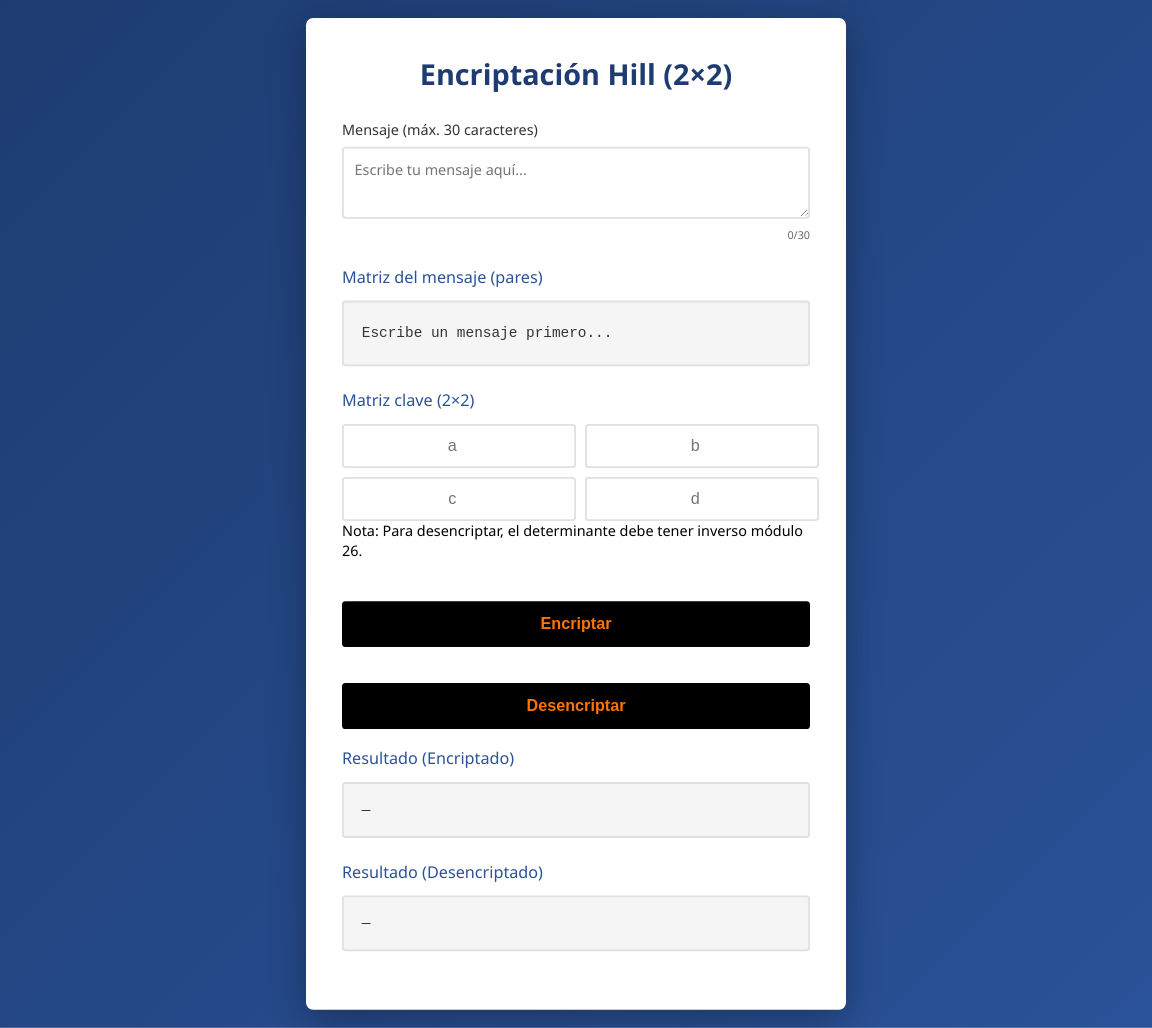
Repository: LeoTSW13/Clase-ejemplo-Algebra
Page: index.html
These files come from the project's save history. The page is drawn as it stood at one moment and after the next save; the edit follows.
The browser window is 1280 px wide. The pictures show the whole page, at 90% of full size.

Above is the page before, as saved 2025-11-26 10:54:09.
Console error: TypeError: Cannot read properties of null (reading 'addEventListener')

### index.html
<!DOCTYPE html>
<html lang="es">
<head>
    <meta charset="UTF-8" />
    <meta name="viewport" content="width=device-width, initial-scale=1.0"/>
    <title>Encriptación Hill</title>
    <link rel="stylesheet" href="styles.css">
</head>
<body>
    <div class="container">
        <h1>Encriptación Hill (2×2)</h1>

        <!-- MENSAJE -->
        <div class="section">
            <label for="mensaje">Mensaje (máx. 30 caracteres)</label>
            <textarea id="mensaje" maxlength="30" placeholder="Escribe tu mensaje aquí..."></textarea>
            <div class="char-count">0/30</div>
        </div>

        <!-- MATRIZ DEL MENSAJE -->
        <div class="section">
            <h3>Matriz del mensaje (pares)</h3>
            <div id="matrizMensaje" class="matriz-display">—</div>
        </div>

        <!-- MATRIZ CLAVE -->
        <div class="section">
            <h3>Matriz clave (2×2)</h3>
            <div class="matriz-input">
                <input type="number" id="k11" placeholder="a">
                <input type="number" id="k12" placeholder="b">
                <input type="number" id="k21" placeholder="c">
                <input type="number" id="k22" placeholder="d">
            </div>
            <div class="hint">
                Nota: Para desencriptar, el determinante debe tener inverso módulo 26.
            </div>
        </div>

        <!-- BOTONES -->
        <button id="encriptar">Encriptar</button>
        <button id="desencriptar" class="secondary">Desencriptar</button>

        <!-- RESULTADO CIFRADO -->
        <div class="section">
            <h3>Resultado (Encriptado)</h3>
            <div id="resultado" class="resultado-box">—</div>
        </div>

        <!-- RESULTADO DESCIFRADO -->
        <div class="section">
            <h3>Resultado (Desencriptado)</h3>
            <div id="resultadoDes" class="resultado-box">—</div>
        </div>

    </div>

    <script src="script.js"></script>
</body>
</html>

### styles.css
* {
    margin: 0;
    padding: 0;
    box-sizing: border-box;
}

body {
    font-family: 'Segoe UI', Tahoma, Geneva, Verdana, sans-serif;
    background: linear-gradient(135deg, #1e3c72 0%, #2a5298 100%);
    min-height: 100vh;
    display: flex;
    justify-content: center;
    align-items: center;
    padding: 20px;
}

.container {
    background: white;
    max-width: 600px;
    width: 100%;
    padding: 40px;
    border-radius: 8px;
    box-shadow: 0 10px 40px rgba(0, 0, 0, 0.3);
}

h1 {
    color: #1e3c72;
    text-align: center;
    margin-bottom: 30px;
    font-size: 32px;
    font-weight: 600;
}

h3 {
    color: #2a5298;
    margin-bottom: 15px;
    font-size: 18px;
    font-weight: 500;
}

.section {
    margin-bottom: 25px;
}

label {
    display: block;
    color: #333;
    margin-bottom: 8px;
    font-weight: 500;
}

textarea {
    width: 100%;
    padding: 12px;
    border: 2px solid #e0e0e0;
    border-radius: 4px;
    font-size: 16px;
    resize: vertical;
    min-height: 80px;
    font-family: inherit;
    transition: border-color 0.3s;
}

textarea:focus {
    outline: none;
    border-color: #2a5298;
}

.char-count {
    text-align: right;
    color: #666;
    font-size: 12px;
    margin-top: 5px;
}

.matriz-display {
    background: #f5f5f5;
    padding: 20px;
    border-radius: 4px;
    border: 2px solid #e0e0e0;
    min-height: 60px;
    font-family: 'Courier New', monospace;
    color: #333;
    line-height: 1.8;
}

.matriz-input {
    display: grid;
    grid-template-columns: 1fr 1fr;
    gap: 10px;
    max-width: 200px;
}

.matriz-input input {
    padding: 12px;
    border: 2px solid #e0e0e0;
    border-radius: 4px;
    font-size: 18px;
    text-align: center;
    transition: border-color 0.3s;
}

.matriz-input input:focus {
    outline: none;
    border-color: #2a5298;
}

button {
    width: 100%;
    padding: 15px;
    background: #000000;
    color: rgb(255, 115, 0);
    border: none;
    border-radius: 4px;
    font-size: 18px;
    font-weight: 600;
    cursor: pointer;
    transition: background 0.3s;
    margin: 20px 0;
}

button:hover {
    background: #1e3c72;
}

button:active {
    transform: scale(0.98);
}

.resultado-box {
    background: #f5f5f5;
    padding: 20px;
    border-radius: 4px;
    border: 2px solid #e0e0e0;
    min-height: 60px;
    font-family: 'Courier New', monospace;
    color: #333;
    word-wrap: break-word;
}

.error {
    color: #d32f2f;
    background: #ffebee;
    border-color: #d32f2f;
}

### script.js
// ---------------------------
// Hill cipher (2x2) - versión robusta
// ---------------------------

// Referencias DOM
const mensajeEl = document.getElementById('mensaje');
const matrizMensaje = document.getElementById('matrizMensaje');
const k11 = document.getElementById('k11');
const k12 = document.getElementById('k12');
const k21 = document.getElementById('k21');
const k22 = document.getElementById('k22');
const btnEncriptar = document.getElementById('encriptar');
const btnDesencriptar = document.getElementById('desencriptar');
const btnCopiar = document.getElementById('copiarCifrado');
const resultado = document.getElementById('resultado');       // encriptado
const resultadoDes = document.getElementById('resultadoDes'); // desencriptado

// Estado temporal para restaurar original (solo si encriptaste aquí)
window._lastEncryption = null;

// Utilidades
const mod = (n,m=26) => ((n % m) + m) % m;
const letraANum = c => c.charCodeAt(0) - 65;
const numALetra = n => String.fromCharCode(mod(n,26) + 65);

// Limpia texto: deja solo A-Z. opcional: pad=false/true
function limpiarSoloLetras(s, pad=false) {
    let limpio = (s || '').toUpperCase().replace(/[^A-Z]/g, '');
    if (pad && (limpio.length % 2 !== 0)) {
        limpio += 'X';
    }
    return limpio;
}

// Muestra matriz de pares (solo ref visual)
function mostrarMatrizMensaje() {
    const texto = limpiarSoloLetras(mensajeEl.value, false);
    if (!texto) {
        matrizMensaje.textContent = 'Escribe un mensaje primero...';
        return;
    }
    const vals = texto.split('').map(letraANum);
    let out = '[';
    for (let i=0;i<vals.length;i+=2) {
        if (i>0) out += ' ';
        out += '[' + vals[i] + ', ' + ( (i+1 < vals.length) ? vals[i+1] : 23 ) + ']';
    }
    out += ']';
    matrizMensaje.textContent = out;
}

// Actualizar contador y matriz
mensajeEl.addEventListener('input', () => {
    document.querySelector('.char-count').textContent = `${mensajeEl.value.length}/30`;
    mostrarMatrizMensaje();
});
mostrarMatrizMensaje();

// Leer y normalizar clave (mod 26)
// devuelve objeto {a,b,c,d} con valores en 0..25, o null si falta alguno
function leerClave() {
    const vals = [k11.value, k12.value, k21.value, k22.value];
    if (vals.some(v => v === '' || v === null || typeof v === 'undefined')) return null;
    const a = mod(parseInt(k11.value,10));
    const b = mod(parseInt(k12.value,10));
    const c = mod(parseInt(k21.value,10));
    const d = mod(parseInt(k22.value,10));
    if ([a,b,c,d].some(x => Number.isNaN(x))) return null;
    return { a,b,c,d };
}

// Inverso modular via Euclides extendido (robusto)
function egcd(a,b) {
    if (b === 0) return { g: a, x: 1, y: 0 };
    const r = egcd(b, a % b);
    return { g: r.g, x: r.y, y: r.x - Math.floor(a / b) * r.y };
}
function modInv(a,m=26) {
    a = mod(a,m);
    const r = egcd(a,m);
    if (r.g !== 1) return null;
    return mod(r.x,m);
}

// ---------------------------
// ENCRIPTAR
// ---------------------------
btnEncriptar.addEventListener('click', () => {
    resultado.classList.remove('error');
    resultadoDes.classList.remove('error');
    resultadoDes.textContent = '—';

    const raw = mensajeEl.value || '';
    const key = leerClave();
    if (!key) {
        resultado.classList.add('error');
        resultado.textContent = 'Error: completa los 4 valores de la matriz (a,b,c,d).';
        return;
    }

    // Limpiar y añadir padding si hace falta
    const cleanedNoPad = limpiarSoloLetras(raw, false);
    if (!cleanedNoPad) {
        resultado.classList.add('error');
        resultado.textContent = 'Error: ingresa texto a cifrar (letras A-Z).';
        return;
    }
    let padded = cleanedNoPad;
    let paddedAdded = false;
    if (padded.length % 2 !== 0) { padded += 'X'; paddedAdded = true; }

    // Encriptar por bloques
    let cipher = '';
    for (let i=0;i<padded.length;i+=2) {
        const x = letraANum(padded[i]);
        const y = letraANum(padded[i+1]);
        const r1 = mod(key.a * x + key.b * y);
        const r2 = mod(key.c * x + key.d * y);
        cipher += numALetra(r1) + numALetra(r2);
    }

    // Guardar estado para poder restaurar ORIGINAL con espacios/case si el usuario
    // desencripta inmediatamente después (mejor experiencia)
    window._lastEncryption = {
        originalRaw: raw,
        cleanedNoPad: cleanedNoPad,
        padded: padded,
        paddedAdded: paddedAdded,
        key: key,
        cipher: cipher
    };

    resultado.textContent = cipher;
});

// Botón: copiar cifrado al textarea (comodidad para probar desencriptar)
btnCopiar.addEventListener('click', () => {
    if (resultado.textContent && resultado.textContent !== '—') {
        mensajeEl.value = resultado.textContent;
        mensajeEl.dispatchEvent(new Event('input'));
    }
});

// ---------------------------
// DESENCRIPTAR
// ---------------------------
btnDesencriptar.addEventListener('click', () => {
    resultado.classList.remove('error');
    resultadoDes.classList.remove('error');

    const key = leerClave();
    if (!key) {
        resultadoDes.classList.add('error');
        resultadoDes.textContent = 'Error: completa los 4 valores de la matriz (a,b,c,d).';
        return;
    }

    // Tomamos EXACTAMENTE el contenido del textarea como ciphertext (no forzamos padding)
    let cipherText = limpiarSoloLetras(mensajeEl.value, false);
    if (!cipherText) {
        resultadoDes.classList.add('error');
        resultadoDes.textContent = 'Error: ingresa texto cifrado en el textarea para desencriptar.';
        return;
    }

    // Si ciphertext tiene longitud impar, la reparo automáticamente y aviso
    let repaired = false;
    if (cipherText.length % 2 !== 0) {
        cipherText += 'X';
        repaired = true;
    }

    // Determinante y su inverso mod26
    // Usamos las entradas normalizadas de key (0..25)
    const det = mod(key.a * key.d - key.b * key.c);
    const invDet = modInv(det, 26);
    if (invDet === null) {
        resultadoDes.classList.add('error');
        resultadoDes.textContent = `Error: El determinante = ${det} no tiene inverso módulo 26 → no es posible desencriptar con esta clave.`;
        return;
    }

    // Matriz inversa: invDet * adj (adj = [d, -b; -c, a]) normalizada
    const ai = mod(invDet * key.d);
    const bi = mod(invDet * (-key.b));
    const ci = mod(invDet * (-key.c));
    const di = mod(invDet * key.a);

    // Desencriptar bloques
    let plainClean = '';
    for (let i=0;i<cipherText.length;i+=2) {
        const x = letraANum(cipherText[i]);
        const y = letraANum(cipherText[i+1]);
        const p1 = mod(ai * x + bi * y);
        const p2 = mod(ci * x + di * y);
        plainClean += numALetra(p1) + numALetra(p2);
    }

    // Intentar restaurar formato original (espacios y mayúsculas/minúsculas)
    // Solo se puede hacer si la encriptación la hiciste en esta misma sesión con este UI
    if (window._lastEncryption && window._lastEncryption.cipher === cipherText.slice(0, window._lastEncryption.cipher.length)) {
        // Si coincide exactamente (o coincide la parte inicial), devolvemos el original exacto
        resultadoDes.textContent = `Resultado: ${window._lastEncryption.originalRaw}`;
        // También mostramos la limpieza que se devolvió para verificación
        if (window._lastEncryption.paddedAdded && plainClean.endsWith('X')) {
            // quitar la X añadida en cifrado para mostrar la versión sin padding en log
            const withoutPad = plainClean.slice(0, -1);
            resultadoDes.textContent += `\n(Descifrado limpio sin padding: ${withoutPad})`;
        } else {
            resultadoDes.textContent += `\n(Descifrado limpio: ${plainClean})`;
        }
        return;
    }

    // Si no podemos restaurar el original (no fue creado aquí), devolvemos texto limpio A–Z
    // y removemos el padding X final solo si lo detectamos justo añadido por reparación
    let finalPlain = plainClean;
    if (repaired && finalPlain.endsWith('X')) {
        finalPlain = finalPlain.slice(0, -1);
    }

    resultadoDes.textContent = `Resultado: ${finalPlain}`;
});

After the next save:
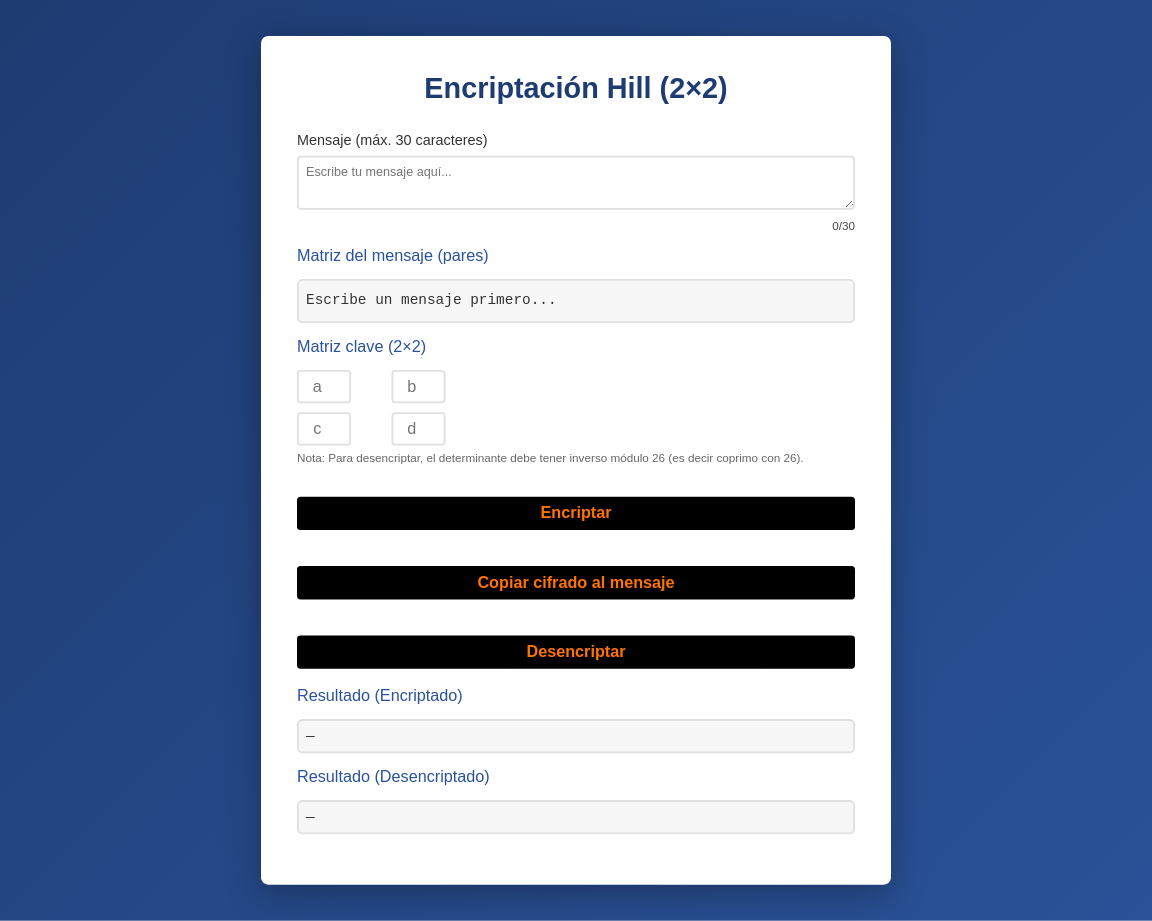
The error is gone.
Saved 19 s later.
--- a/index.html
+++ b/index.html
@@ -5,6 +5,18 @@
     <meta name="viewport" content="width=device-width, initial-scale=1.0"/>
     <title>Encriptación Hill</title>
     <link rel="stylesheet" href="styles.css">
+    <style>
+        /* Estilos mínimos para que se vea legible si no tienes styles.css */
+        .container { max-width:700px; margin:20px auto; font-family:Arial, Helvetica, sans-serif; }
+        .section { margin-bottom:16px; }
+        textarea { width:100%; min-height:60px; resize:vertical; padding:8px; font-size:14px; }
+        .matriz-display, .resultado-box { white-space:pre-wrap; background:#f7f7f7; padding:8px; border-radius:6px; min-height:36px; }
+        .matriz-input input { width:60px; margin-right:6px; padding:6px; }
+        button { padding:8px 12px; margin-right:8px; cursor:pointer; }
+        .hint { font-size:13px; color:#666; margin-top:6px;}
+        .char-count { font-size:13px; color:#444; margin-top:6px;}
+        .error { color:#a00; }
+    </style>
 </head>
 <body>
     <div class="container">
@@ -33,12 +45,13 @@
                 <input type="number" id="k22" placeholder="d">
             </div>
             <div class="hint">
-                Nota: Para desencriptar, el determinante debe tener inverso módulo 26.
+                Nota: Para desencriptar, el determinante debe tener inverso módulo 26 (es decir coprimo con 26).
             </div>
         </div>
 
         <!-- BOTONES -->
         <button id="encriptar">Encriptar</button>
+        <button id="copiarCifrado" type="button">Copiar cifrado al mensaje</button>
         <button id="desencriptar" class="secondary">Desencriptar</button>
 
         <!-- RESULTADO CIFRADO -->
